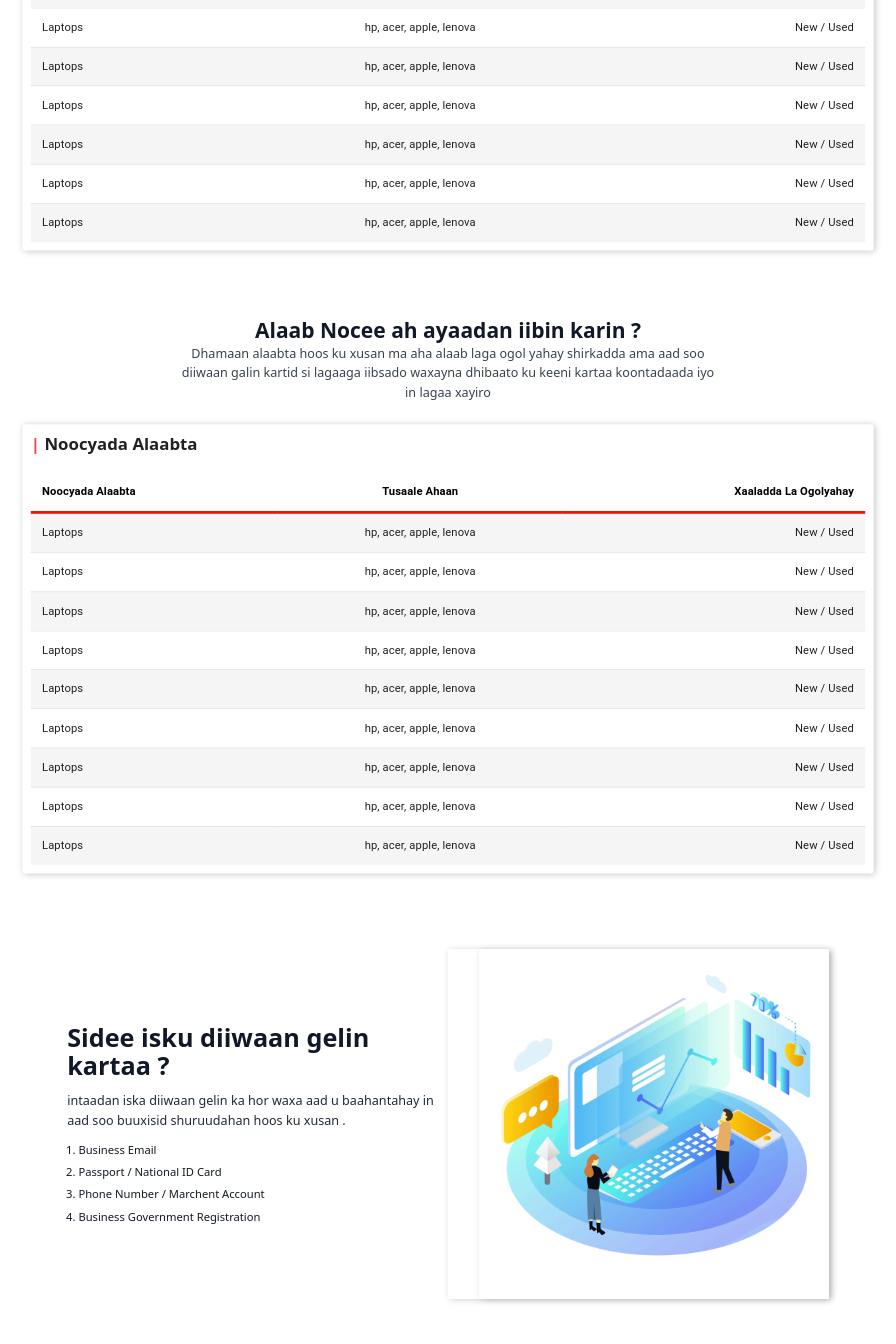
Repository: muraadso/Muraadso-Sellers
Page: /
These files come from the project's save history. The page is drawn as it stood at one moment and after the next save; the edit follows.
The browser window is 1280 px wide. The pictures show the part of the page from y = 2720 to 4640 px (the page is 4640 px tall), at 70% of full size.
The project was rebuilt for these pictures with package versions that can differ from the ones it lists, and the page was loaded fresh each time. The framework's server and built-in components were replaced by stand-ins that run in the browser. Also part of the build but not shown: next.config.js.

Above is the page before, as saved 2021-12-08 08:48:07.

After the next save:
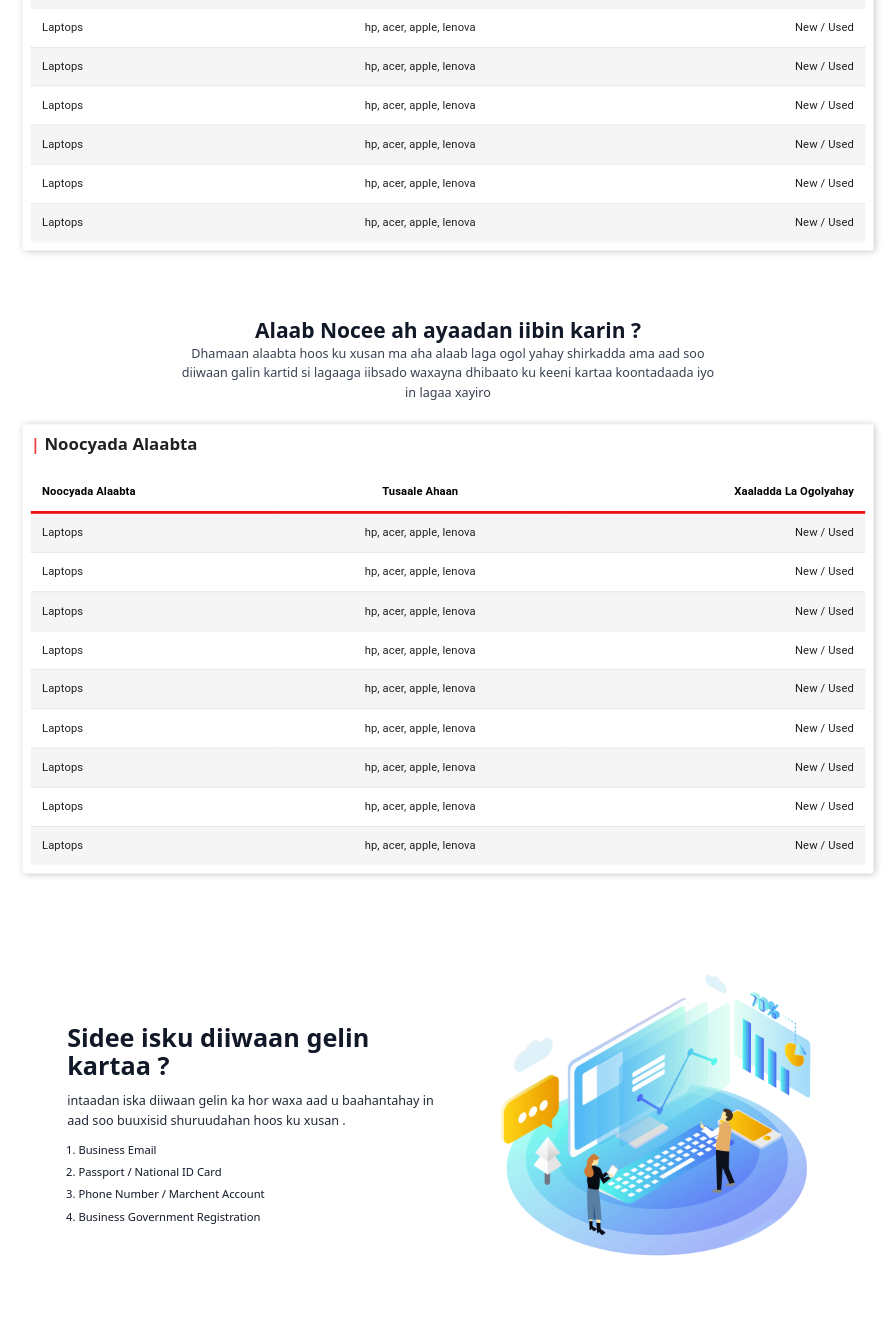
Saved 47 s later.
--- a/styles/globals.css
+++ b/styles/globals.css
@@ -33,7 +33,7 @@ a {
   }
   .regimage{
     height: 500px;
-    box-shadow: 3px 1px 10px rgba(0, 0, 0, 0.199);
+
   }
 
 
